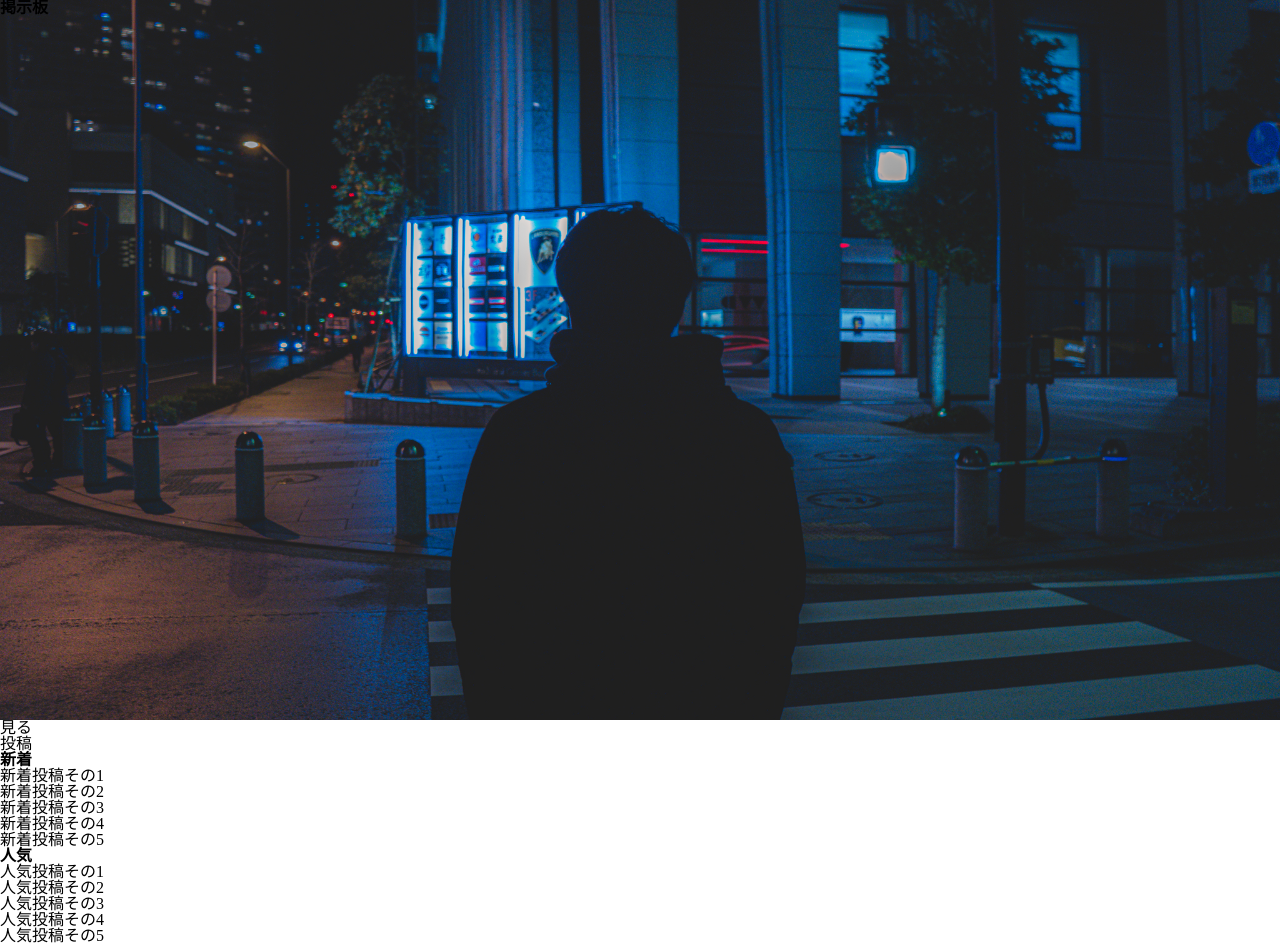
Repository: KustomApe/LandorusInc
Page: index.html
The author's editor kept a copy of each file at every save. The page is drawn from the files as they stood at one save, then again after the next save.
The browser window is 1280 px wide. The pictures show the whole page.

Above is the page before, as saved 2021-07-24 12:57:17.

After the next save:
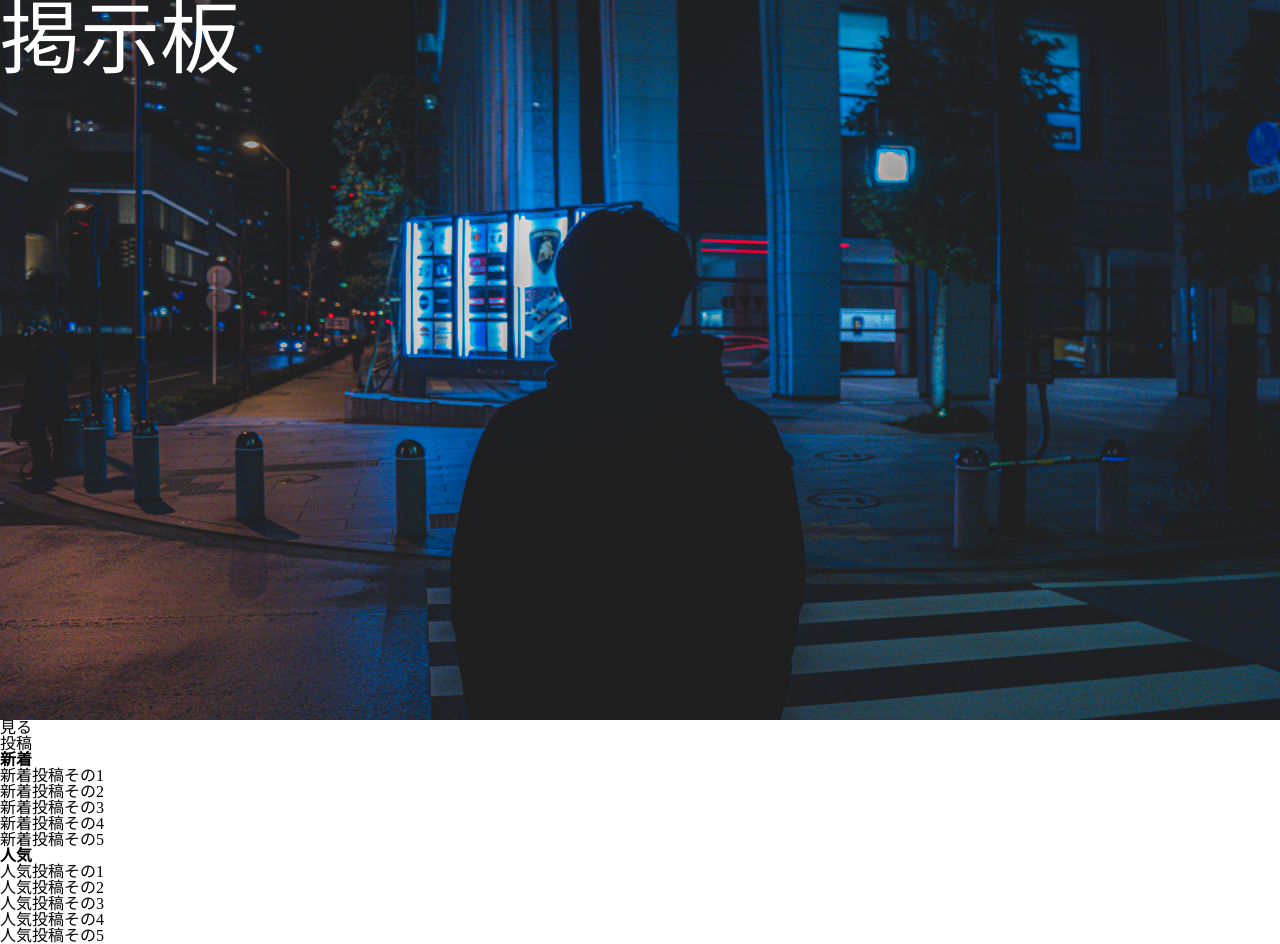
Saved 15 s later.
--- a/assets/css/style.css
+++ b/assets/css/style.css
@@ -14,5 +14,7 @@ div#main_img {
 }
 
 div#main_img h1 {
-
+    color: #fff;
+    font-size: 5rem;
+    font-weight: lighter;
 }
